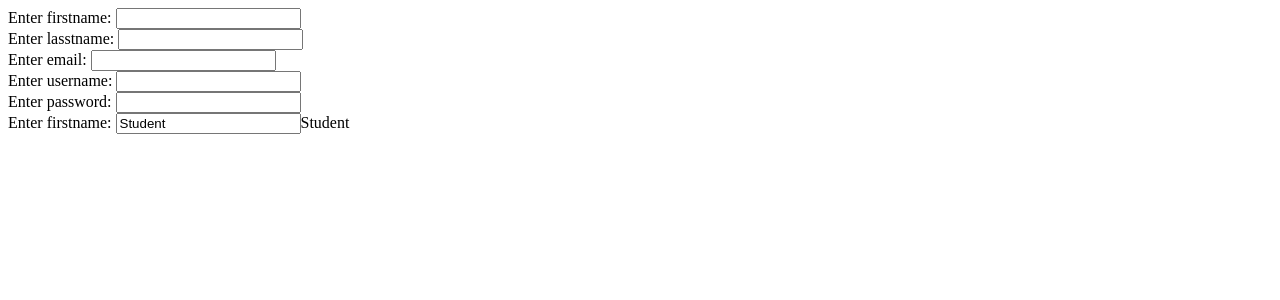
Repository: SwapnilYeldi/Project-2
Page: frontend/WebContent/views/registrationform.html
These files come from the project's save history. The page is drawn as it stood at one moment and after the next save; the edit follows.
The browser window is 1280 px wide. The pictures show the whole page.

Above is the page before, as saved 2017-06-21 15:10:27.

### frontend/WebContent/views/registrationform.html
<form>
Enter firstname: <input type="text" ng-model="user.firstname"><br>
Enter lasstname: <input type="text" ng-model="user.lastname"><br>
Enter email: <input type="text" ng-model="user.email"><br>
Enter username: <input type="text" ng-model="user.username"><br>
Enter password: <input type="password" ng-model="user.password"><br>
Enter firstname: <input type="text" ng-model="user.role" value="Student">Student<br>

</form>

After the next save:
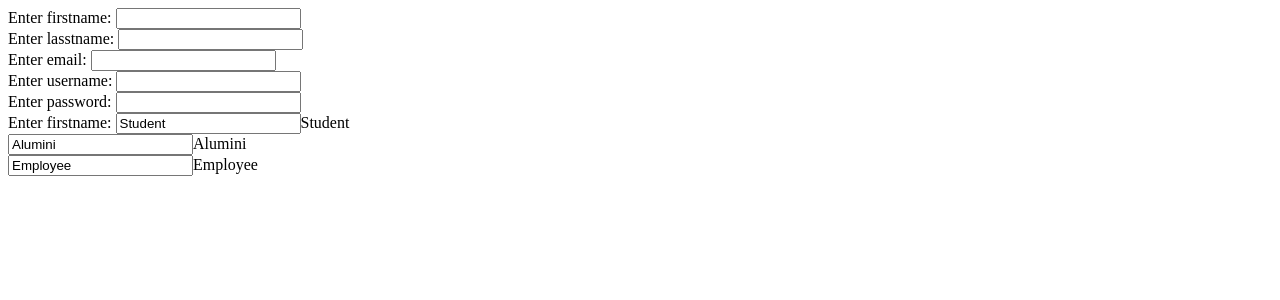
Saved 50 s later.
--- a/frontend/WebContent/views/registrationform.html
+++ b/frontend/WebContent/views/registrationform.html
@@ -5,5 +5,6 @@ Enter email: <input type="text" ng-model="user.email"><br>
 Enter username: <input type="text" ng-model="user.username"><br>
 Enter password: <input type="password" ng-model="user.password"><br>
 Enter firstname: <input type="text" ng-model="user.role" value="Student">Student<br>
-
+<input type="text" ng-model="user.role" value="Alumini">Alumini<br>
+<input type="text" ng-model="user.role" value="Employee">Employee<br>
 </form>
